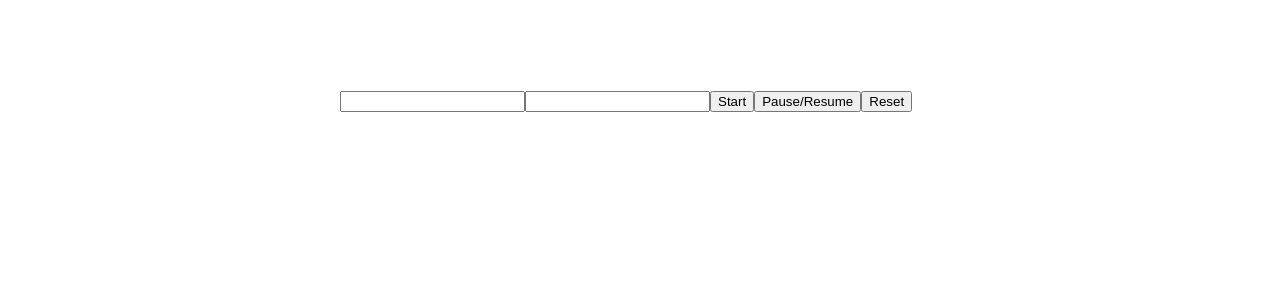
Repository: rafimohammad839/React-Time-App
Page: /
The author's editor kept a copy of each file at every save. The page is drawn from the files as they stood at one save, then again after a run of saves.
The browser window is 1280 px wide. The pictures show the whole page.
The project was rebuilt for these pictures with package versions that can differ from the ones it lists, and the page was loaded fresh each time.

Above is the page before, as saved 2022-06-26 11:54:05.

After the next 4 saves:
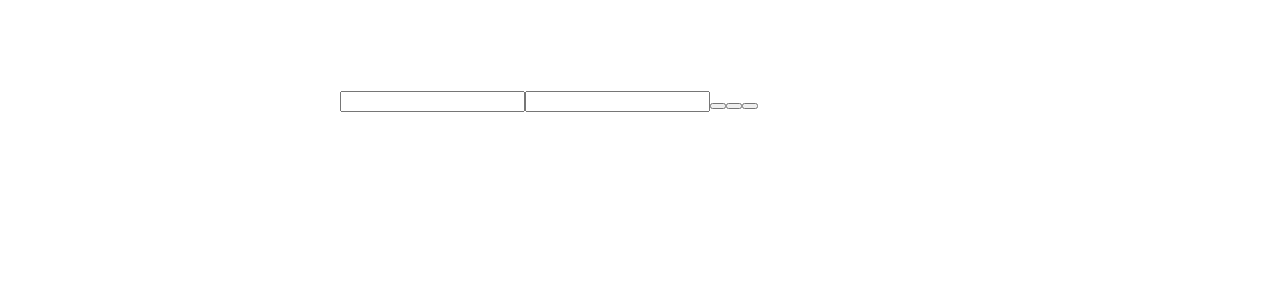
The 4 saves are shown as one change because 2 did not build or start and some came seconds apart.
The last was saved 2 min 21 s later.
--- a/src/components/Timer.js
+++ b/src/components/Timer.js
@@ -1,74 +1,21 @@
-import React, { useEffect, useState } from "react";
+import React from "react";
 import Button from "./Button";
 import Input from "./Input";
 
 const Timer = () => {
-  const [time, setTime] = useState({ minute: 0, second: 0 })
-
-  const { minute, second } = time;
-
-  const handleChange = (e) => {
-    console.log(typeof e.target.value)
-    setTime({...time, [e.target.name]: e.target.value})
-  };
-
-  useEffect(() => {
-    console.log(time);
-  }, [time])
-
-  const handleClick = () => {
-    console.log('Clicked')
-  };
-
   const handleSubmit = (e) => {
     e.preventDefault();
-    console.log('You clicked on submit')
+    console.log("You clicked on submit");
   };
 
   return (
     <div className="form-container">
       <form onSubmit={handleSubmit}>
-        <Input
-          inputOptions={{
-            type: "number",
-            className: "minute",
-            value: {minute},
-            name: "minute",
-            onChange: handleChange,
-          }}
-        />
-        <Input
-          inputOptions={{
-            type: "number",
-            className: "second",
-            value: {second},
-            name: "second",
-            onChange: handleChange,
-          }}
-        />
-        <Button
-          buttonTitle="Start"
-          buttonOptions={{
-            type: "submit",
-            className: "primary",
-          }}
-        />
-        <Button
-          buttonTitle="Pause/Resume"
-          buttonOptions={{
-            type: "button",
-            className: "secondary",
-            onClick: handleClick,
-          }}
-        />
-        <Button
-          buttonTitle="Reset"
-          buttonOptions={{
-            type: "button",
-            className: "danger",
-            onClick: handleClick,
-          }}
-        />
+        <Input />
+        <Input />
+        <Button />
+        <Button />
+        <Button />
       </form>
     </div>
   );

After the 5 saves that followed:
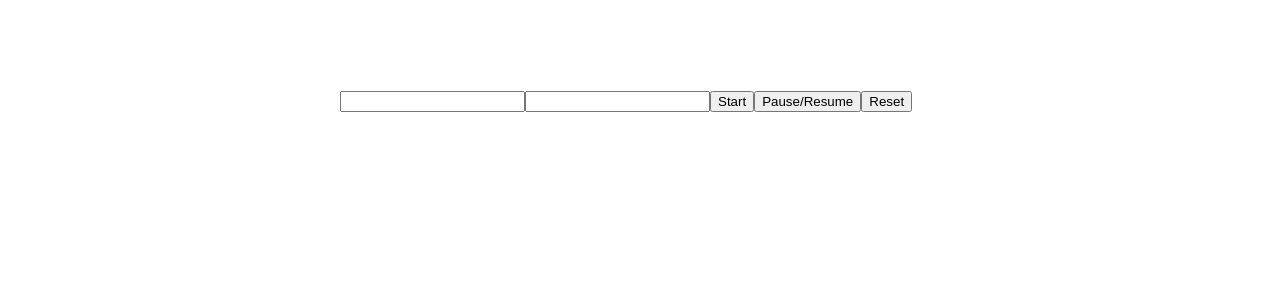
The 5 saves are shown as one change because 4 left the picture as it was.
The last was saved 111 s later.
--- a/src/components/Timer.js
+++ b/src/components/Timer.js
@@ -11,11 +11,11 @@
   return (
     <div className="form-container">
       <form onSubmit={handleSubmit}>
-        <Input />
-        <Input />
-        <Button />
-        <Button />
-        <Button />
+        <Input type="number" />
+        <Input type="number" />
+        <Button type="submit" buttonTitle="Start" />
+        <Button type="button" buttonTitle="Pause/Resume" />
+        <Button type="button" buttonTitle="Reset" />
       </form>
     </div>
   );
--- a/src/components/Button.js
+++ b/src/components/Button.js
@@ -1,8 +1,8 @@
 import React from 'react'
 
-const Button = ({ buttonOptions, buttonTitle }) => {
+const Button = ({ type, buttonTitle }) => {
   return (
-    <button {...buttonOptions}>{buttonTitle}</button>
+    <button type={type}>{buttonTitle}</button>
   )
 }
 
--- a/src/components/Input.js
+++ b/src/components/Input.js
@@ -1,8 +1,8 @@
 import React from 'react'
 
-const Input = ({ inputOptions }) => {
+const Input = ({ type }) => {
   return (
-    <input {...inputOptions} />
+    <input type={type} />
   )
 }
 
